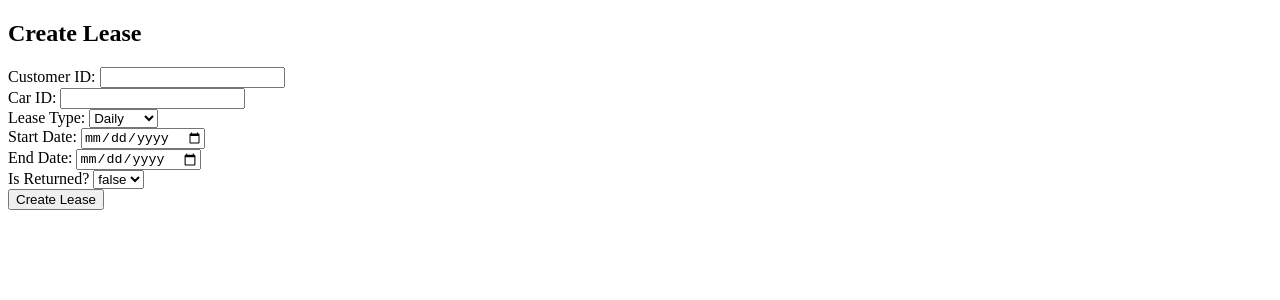
Repository: NirmalyaSatapathy/NirmalyaSatapathyProjects
Page: CarRental/CarRental/src/main/webapp/createLease.html
The author's editor kept a copy of each file at every save. The page is drawn from the files as they stood at one save, then again after the next save.
The browser window is 1280 px wide. The pictures show the whole page.

Above is the page before, as saved 2025-05-04 20:08:06.

After the next save:
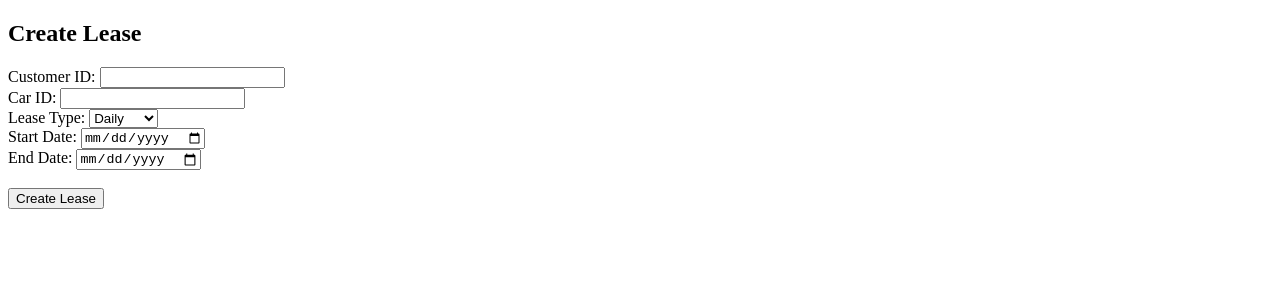
Saved 31 s later.
--- a/CarRental/CarRental/src/main/webapp/createLease.html
+++ b/CarRental/CarRental/src/main/webapp/createLease.html
@@ -27,10 +27,7 @@
         <label for="endDate">End Date:</label>
         <input type="date" id="endDate" name="endDate" required><br>
 
-        <label for="isReturned">Is Returned?</label>
-        <select id="isReturned" name="isReturned" required>
-            <option value="false">false</option>
-            <option value="true">true</option>
+
         </select><br>
 
         <button type="submit">Create Lease</button>
